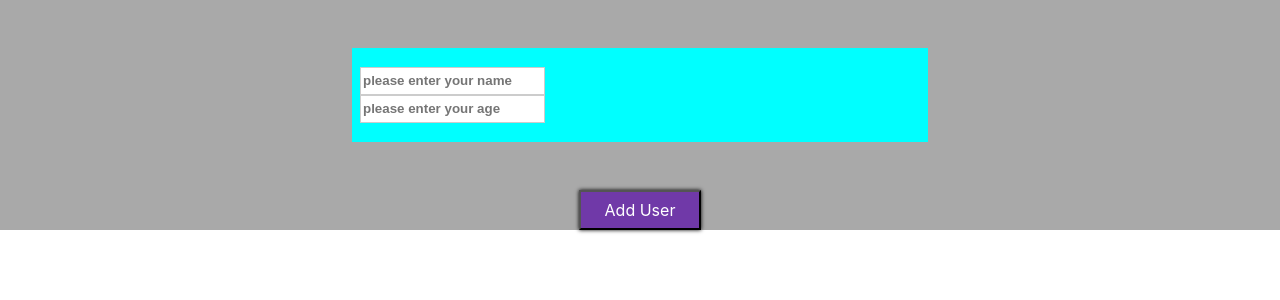
Repository: NamalPathirana/section-eight
Page: /
An editor plug-in stored every save of this project. The page is shown before and after the next save, followed by the edit.
The browser window is 1280 px wide. The pictures show the whole page.
The project was rebuilt for these pictures with package versions that can differ from the ones it lists, and the page was loaded fresh each time.

Above is the page before, as saved 2021-11-25 21:51:45.

After the next save:
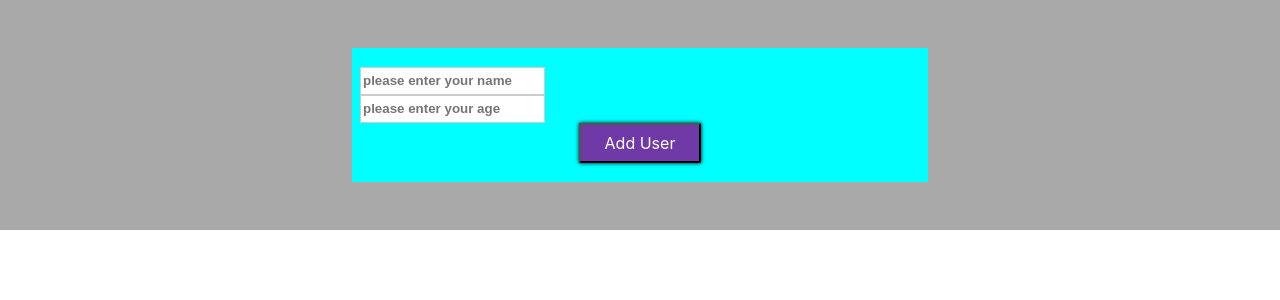
Saved 20 s later.
--- a/src/Components/UserInput/UserInput.js
+++ b/src/Components/UserInput/UserInput.js
@@ -7,8 +7,8 @@ const UserInput = () => {
         <div className={styles.frame}>
             <input placeholder='please enter your name'/>
             <input placeholder='please enter your age'/>
+            <Button name='Add User'></Button>
         </div>
-        <Button name='Add User'></Button>
         </form>
     );
 };
